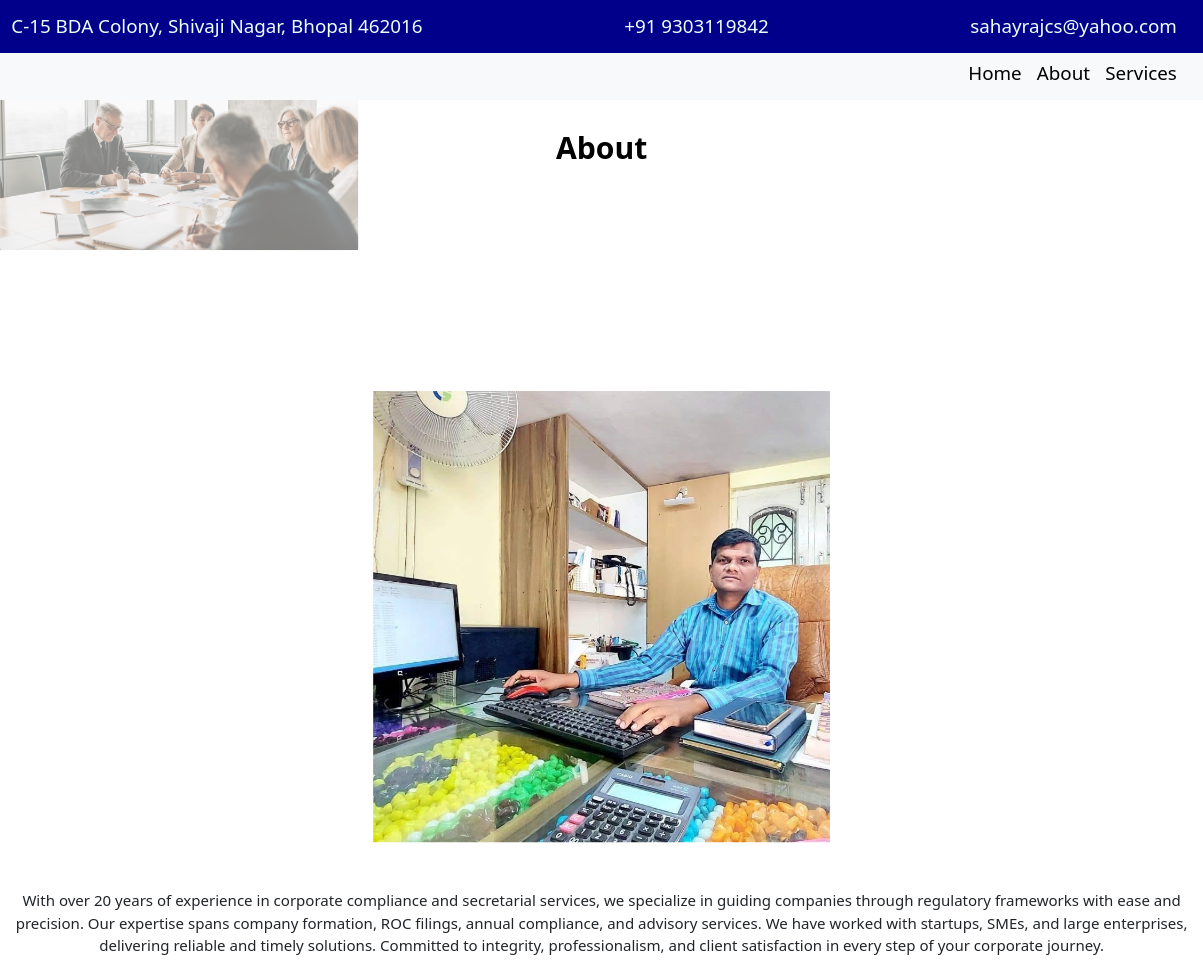
Repository: aayushiss/CS-RSS
Page: about.html
The author's editor kept a copy of each file at every save. The page is drawn from the files as they stood at one save, then again after a run of saves.
The browser window is 1280 px wide. The pictures show the whole page, at 94% of full size.

Above is the page before, as saved 2025-05-16 20:30:34.

### about.html
<!DOCTYPE html>
<html lang="en">
    <head>
        <meta charset="UTF-8">
        <meta name="viewport" content="width=device-width, initial-scale=1.0">
        <title>R. S. Shrivastava</title>
        <link href="https://cdn.jsdelivr.net/npm/bootstrap@5.3.3/dist/css/bootstrap.min.css" rel="stylesheet"
            integrity="sha384-QWTKZyjpPEjISv5WaRU9OFeRpok6YctnYmDr5pNlyT2bRjXh0JMhjY6hW+ALEwIH" crossorigin="anonymous">
        <link rel="stylesheet" type="text/css" href="style.css">
    </head>
<body>
    <nav class="navbar fixed-top custom-navbar">
        <div class="container-fluid d-flex justify-content-between">
            <a class="navbar-brand"
                href="https://www.google.com/maps/place/R+S+SHRIVASTAVA+%26+ASSOCIATES/@23.2288499,77.4244091,17z/data=!3m1!4b1!4m6!3m5!1s0x397c425fada83073:0xcb1e8ba90a487f4e!8m2!3d23.228845!4d77.426984!16s%2Fg%2F1td0r8v9?entry=ttu&g_ep=EgoyMDI1MDUxMi4wIKXMDSoASAFQAw%3D%3D"
                target="_blank">C-15 BDA Colony, Shivaji Nagar, Bhopal 462016</a>
            <a class="navbar-brand" href="" tel:+919303119842"">+91 9303119842</a>
            <a class="navbar-brand" href="mailto:sahayrajcs@yahoo.com">sahayrajcs@yahoo.com</a>
        </div>
    </nav>
    <div class="navbar-space"></div>

    <nav class="navbar sticky-top second-navbar bg-light">
        <div class="container-fluid d-flex justify-content-end">
            <a class="navbar-brand" href="index.html">Home</a>
            <a class="navbar-brand" href="about.html">About</a>
            <a class="navbar-brand" href="services.html">Services</a>
        </div>
    </nav>

    <div class="position-relative" style="margin-bottom: 150px;" id="contact-section">
        <img src="images/haveAQuery.jpg" class="img-fluid" alt="..."
            style="opacity: .5; height: 10rem; width: fit-content;">
        <h2 class="position-absolute start-50 translate-middle-x text-black fw-bold" style="top: 20%;">
            About
        </h2>
    </div>
    <div class="text-center">
        <img src="images/AboutImage.jpeg" class="img-fluid" style="height: 30rem;">
        <p style="margin-top: 50px;">With over 20 years of experience in corporate compliance and secretarial services, we specialize in guiding companies through regulatory frameworks with ease and precision.
            Our expertise spans company formation, ROC filings, annual compliance, and advisory services.
            We have worked with startups, SMEs, and large enterprises, delivering reliable and timely solutions.
            Committed to integrity, professionalism, and client satisfaction in every step of your corporate journey.</p>
    </div>
</body>
</html>

### style.css
.custom-navbar {
    background-color: darkblue;
}

.custom-navbar .navbar-brand {
    color: azure;
}

.navbar-space {
    margin-top: 50px;
}

.second-navbar .navbar-brand {
    color: black;
}

.custom-card {
    height: 25vh;
}

.custom-card .card-img {
    height: 100%;
    object-fit: cover;
}

.container-fluid .card {
    padding: 10px;
}

.container-fluid .card-title {
    font-family: 'Times New Roman', Times, serif;
    font-weight: bold;
    font-size: xx-large;
}

.container-fluid .col-md-8 .card-title {
    font-family: 'Times New Roman', Times, serif;
    font-size: large;
}

.footer-links ul {
    list-style: none;
    text-decoration: none;
}

.footer-links a {
    color: white;
    text-decoration: none;
}

After the next 3 saves:
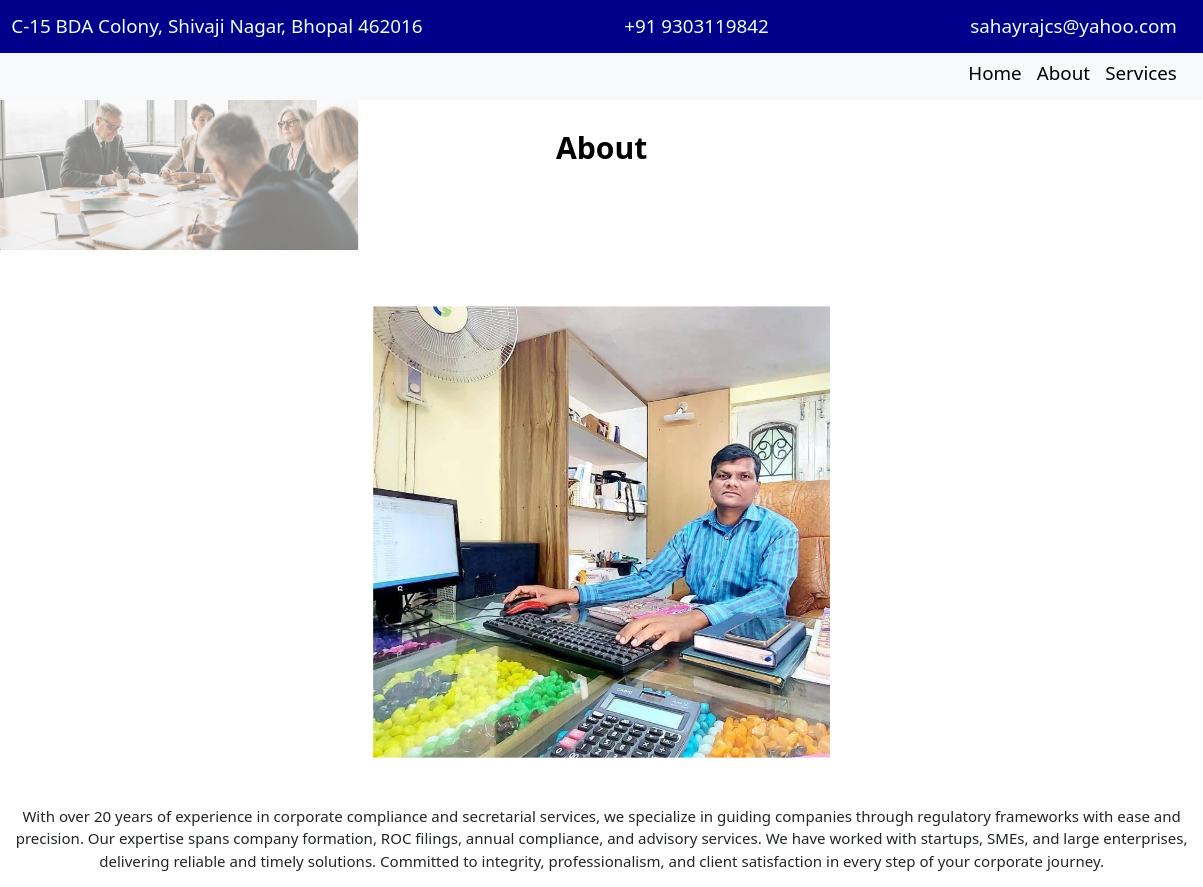
The 3 saves are shown as one change because they came seconds apart.
The last was saved 97 s later.
--- a/about.html
+++ b/about.html
@@ -28,7 +28,7 @@
         </div>
     </nav>
 
-    <div class="position-relative" style="margin-bottom: 150px;" id="contact-section">
+    <div class="position-relative" style="margin-bottom: 60px;" id="contact-section">
         <img src="images/haveAQuery.jpg" class="img-fluid" alt="..."
             style="opacity: .5; height: 10rem; width: fit-content;">
         <h2 class="position-absolute start-50 translate-middle-x text-black fw-bold" style="top: 20%;">
